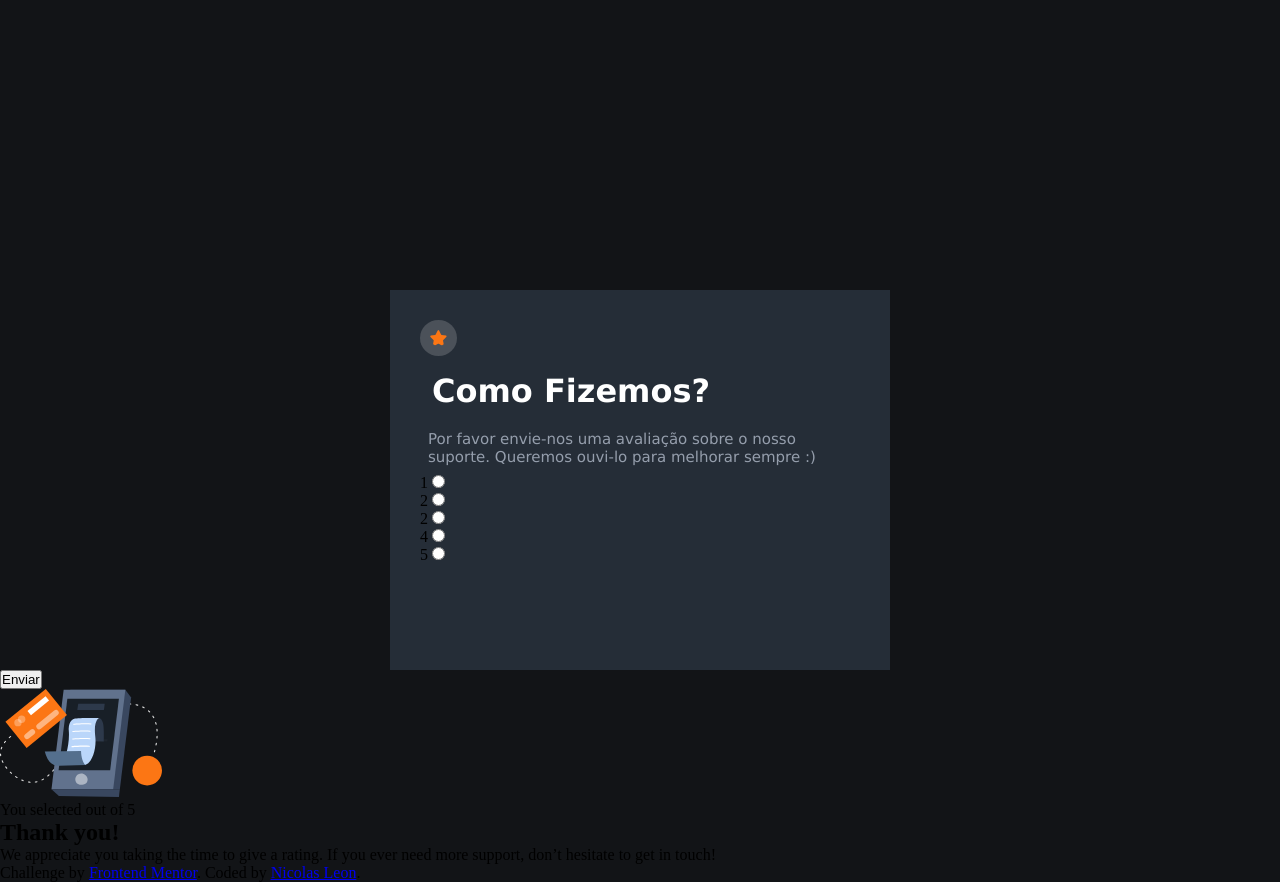
Repository: Leonngc/projeto-avaliacao
Page: index.html
These files come from the project's save history. The page is drawn as it stood at one moment and after the next save; the edit follows.
The browser window is 1280 px wide. The pictures show the whole page.

Above is the page before, as saved 2023-01-29 20:32:49.
Console error: SyntaxError: Unexpected token ')'

After the next save:
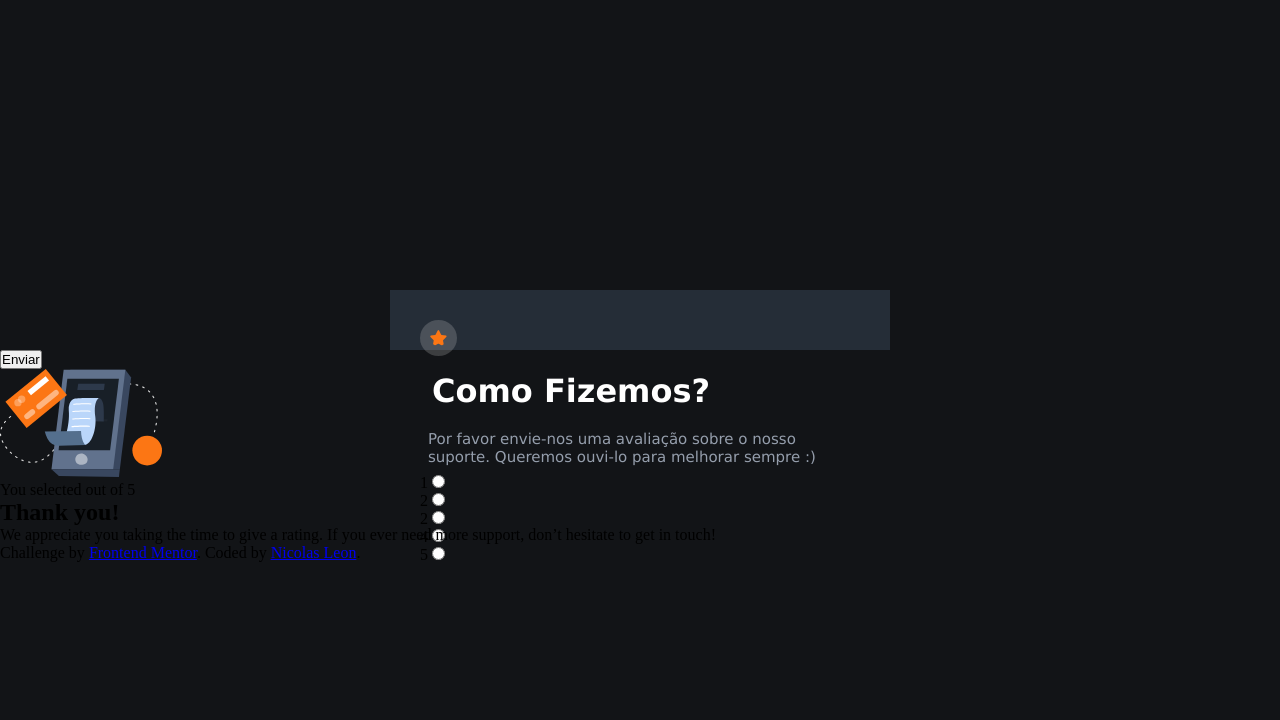
Saved 27 s later.
--- a/styles/style.css
+++ b/styles/style.css
@@ -18,7 +18,7 @@ body{
 #card{
   background-color: var(--dark-blue);
   width: 500px;
-  height: 380px;
+  height: 0px;
   margin: auto;
   margin-top: 290px;
   padding: 30px;
